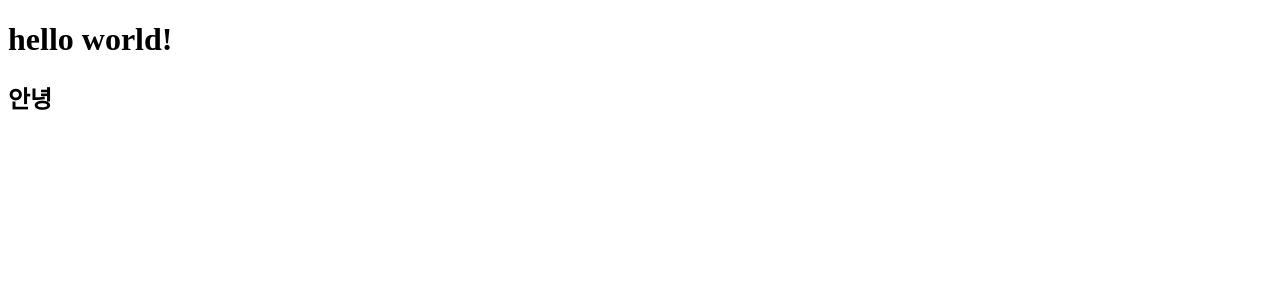
Repository: SaeMi-Kwon/jhta-Jsp
Page: http://localhost/jsp01/test01.jsp
An editor plug-in stored every save of this project. The page is shown before and after the next save, followed by the edit.
The browser window is 1280 px wide. The pictures show the whole page.
The page is served by Tomcat 9.

Above is the page before, as saved 2025-01-24 06:14:03.

After the next save:
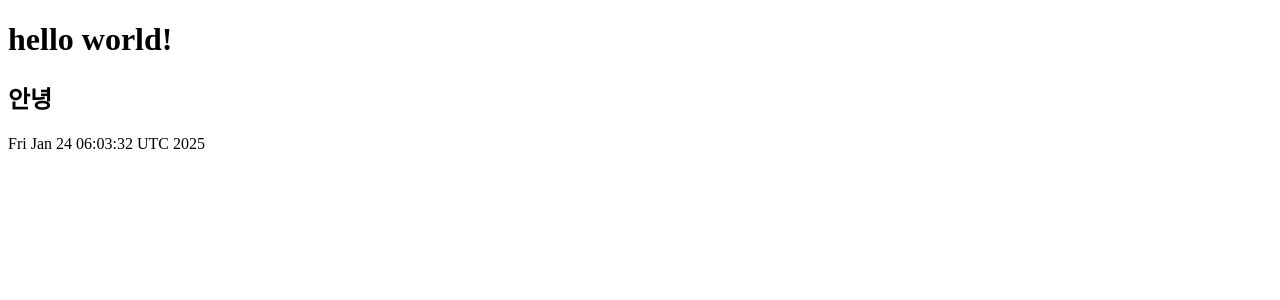
Saved 2 min 32 s later.
--- a/jsp01/src/main/webapp/test01.jsp
+++ b/jsp01/src/main/webapp/test01.jsp
@@ -14,6 +14,7 @@
 	<%  //스크립트릿
 		Date d=new Date();
 		System.out.println(d);
+		out.print(d);  //웹브라우저에 출력하기
 	%>
 </body>
 </html>
